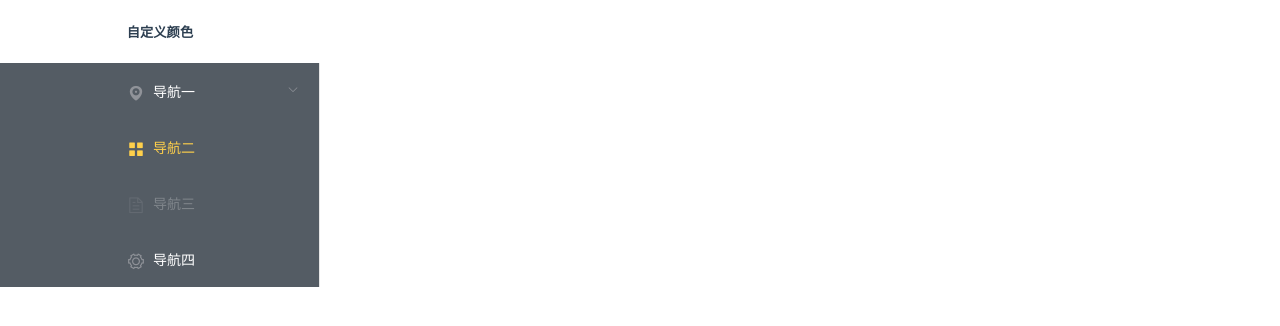
Repository: cjl0805/graduation-design-front
Page: /back/home
An editor plug-in stored every save of this project. The page is shown before and after the next save, followed by the edit.
The browser window is 1280 px wide. The pictures show the whole page.
The project was rebuilt for these pictures with package versions that can differ from the ones it lists, and the page was loaded fresh each time. Also part of the build but not shown: vue.config.js, src/components/RotationChart.vue, src/components/NavigationBar.vue, src/components/HairStylist.vue, src/components/HairStyle.vue, src/views/font/HairStyleView.vue, src/views/font/HairStylistView.vue, src/views/font/HomeView.vue and 13 more.

Above is the page before, as saved 2023-04-17 16:25:08.

### src/main.js
import Vue from 'vue'
import App from './App.vue'
import router from './router'
import ElementUI from 'element-ui'
import 'element-ui/lib/theme-chalk/index.css'
import axios from 'axios'
import VueAxios from 'vue-axios'
Vue.use(VueAxios, axios);
axios.interceptors.request.use(
  config => {
    if (localStorage.getItem('token')) {
      config.headers.token = localStorage.getItem('token');
    }
    return config;
  },
  error => {
    return Promise.reject(error);
  }
);

axios.interceptors.response.use(
  res => {
    if (res.data.code === 501) {
      console.log(res.data);
      alert("登录已过期，请重新登录！");
      window.localStorage.removeItem('token');
      window.localStorage.removeItem('username');
      location.reload();
    }
    return res;
  }
);

Vue.config.productionTip = false
Vue.use(ElementUI)
new Vue({
  router,
  render: h => h(App)
}).$mount('#app')

### src/router/index.js
import Vue from 'vue'
import VueRouter from 'vue-router'
import HairStyleView from '../views/font/HairStyleView.vue'
import HairStylistView from '../views/font/HairStylistView.vue'
import HomeView from '../views/font/HomeView.vue'
import login from '../views/font/login.vue'
import register from '../views/font/register.vue'
import PersonalInfo from '../views/font/PersonalInfo.vue'
import appointment from '../views/font/AppointmentView.vue'
import pay from '../views/font/PayView.vue'
import MainView from '../views/back/MainView.vue'

Vue.use(VueRouter)

const routes = [{
    path: '/',
    name: 'home',
    component: HomeView
  },
  {
    path: '/hairstyle',
    name: 'hairstyle',
    component: HairStyleView
  },
  {
    path: '/hairstylist',
    name: 'hairstylist',
    component: HairStylistView
  },
  {
    path: '/about',
    name: 'about',
    // route level code-splitting
    // this generates a separate chunk (about.[hash].js) for this route
    // which is lazy-loaded when the route is visited.
    component: () => import( /* webpackChunkName: "about" */ '../views/AboutView.vue')
  },
  {
    path: '/login',
    name: 'login',
    component: login
  },
  {
    path: '/register',
    name: 'register',
    component: register
  },
  {
    path: '/PersonalInfo',
    name: 'PersonalInfo',
    component: PersonalInfo,
  },
  {
    path: '/appointment',
    name: 'appointment',
    component: appointment
  },
  {
    path: '/pay',
    name: 'pay',
    component: pay
  },
  {
    path: '/back/home',
    name: 'MainView',
    component: MainView
  },
]

const router = new VueRouter({
  mode: 'history',
  base: process.env.BASE_URL,
  routes
})

// 导航守卫
// 使用 router.beforeEach 注册一个全局前置守卫，判断用户是否登陆
router.beforeEach((to, from, next) => {
  if (to.path === '/PersonalInfo' || to.path === '/appointment' || to.path === '/MessageCenter' || to.path === '/pay') {
    let token = localStorage.getItem('token');
    if (token === null || token === '') {
      next('/login');
    } else {
      next();
    }
  } else {
    next();
  }
});

export default router

### src/views/back/MainView.vue
<template>
  <el-col :span="6">
    <h5>自定义颜色</h5>
    <el-menu
      default-active="2"
      class="el-menu-vertical-demo"
      @open="handleOpen"
      @close="handleClose"
      background-color="#545c64"
      text-color="#fff"
      active-text-color="#ffd04b"
    >
      <el-submenu index="1">
        <template slot="title">
          <i class="el-icon-location"></i>
          <span>导航一</span>
        </template>
        <el-menu-item-group>
          <template slot="title">分组一</template>
          <el-menu-item index="1-1">选项1</el-menu-item>
          <el-menu-item index="1-2">选项2</el-menu-item>
        </el-menu-item-group>
        <el-menu-item-group title="分组2">
          <el-menu-item index="1-3">选项3</el-menu-item>
        </el-menu-item-group>
        <el-submenu index="1-4">
          <template slot="title">选项4</template>
          <el-menu-item index="1-4-1">选项1</el-menu-item>
        </el-submenu>
      </el-submenu>
      <el-menu-item index="2">
        <i class="el-icon-menu"></i>
        <span slot="title">导航二</span>
      </el-menu-item>
      <el-menu-item index="3" disabled>
        <i class="el-icon-document"></i>
        <span slot="title">导航三</span>
      </el-menu-item>
      <el-menu-item index="4">
        <i class="el-icon-setting"></i>
        <span slot="title">导航四</span>
      </el-menu-item>
    </el-menu>
  </el-col>
</template>

<script>
export default {
  methods: {
    handleOpen(key, keyPath) {
      console.log(key, keyPath);
    },
    handleClose(key, keyPath) {
      console.log(key, keyPath);
    },
  },
};
</script>

<style></style>

Loaded but not shown: public/index.html (common file); src/App.vue (common file)

After the next save:
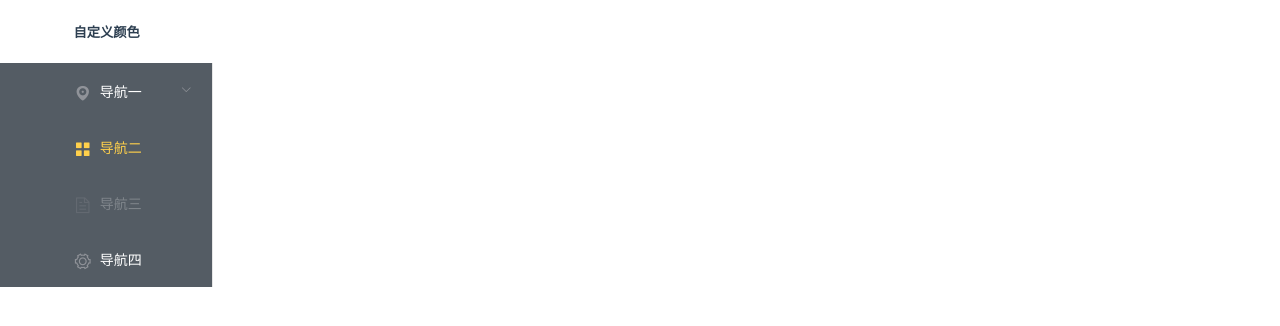
Saved 9 s later.
--- a/src/views/back/MainView.vue
+++ b/src/views/back/MainView.vue
@@ -1,5 +1,5 @@
 <template>
-  <el-col :span="6">
+  <el-col :span="4">
     <h5>自定义颜色</h5>
     <el-menu
       default-active="2"
